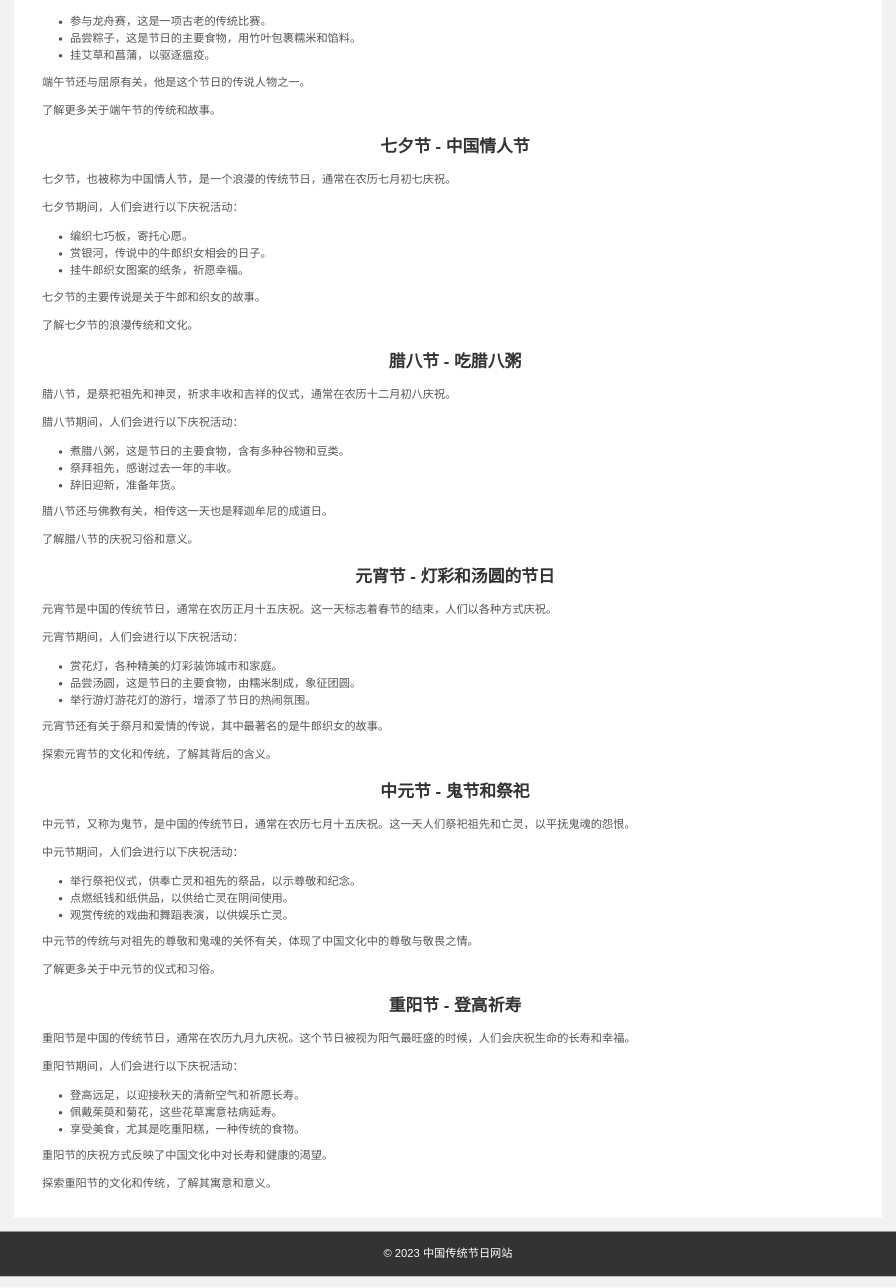
Repository: XueJie1/computer-operation-basics
Page: index.html
These files come from the project's save history. The page is drawn as it stood at one moment and after the next save; the edit follows.
The browser window is 1280 px wide. The pictures show the part of the page from y = 1125 to 3045 px (the page is 2965 px tall before and 3045 px after), at 70% of full size.

Above is the page before, as saved 2023-09-18 20:35:58.

After the next save:
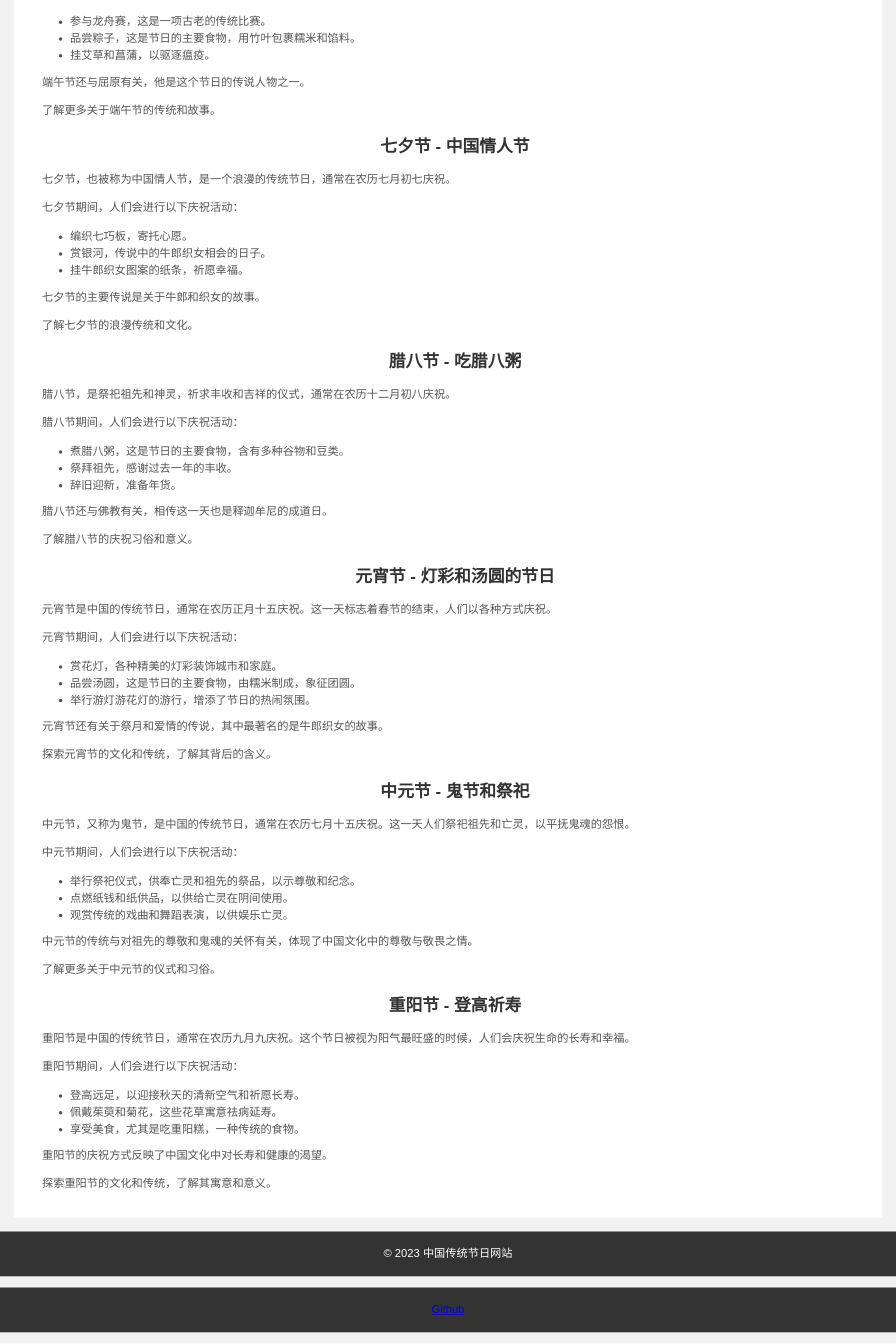
Saved 66 s later.
--- a/index.html
+++ b/index.html
@@ -140,6 +140,7 @@
 
     <footer>
         <p>&copy; 2023 中国传统节日网站</p>
+        <p><a href="https://github.com/XueJie1/computer-operation-basics">Github</a></p>
     </footer>
 </body>
 
